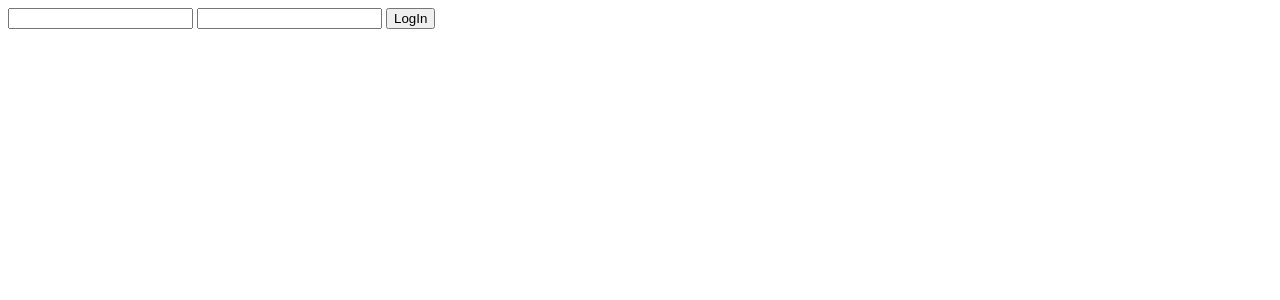
Repository: kanastasov/Java-Web-App
Page: http://localhost/3.2-MVCForm/login.jsp
These files come from the project's save history. The page is drawn as it stood at one moment and after the next save; the edit follows.
The browser window is 1280 px wide. The pictures show the whole page.
The page is served by Tomcat 9.

Above is the page before, as saved 2015-01-03 18:02:07.

After the next save:
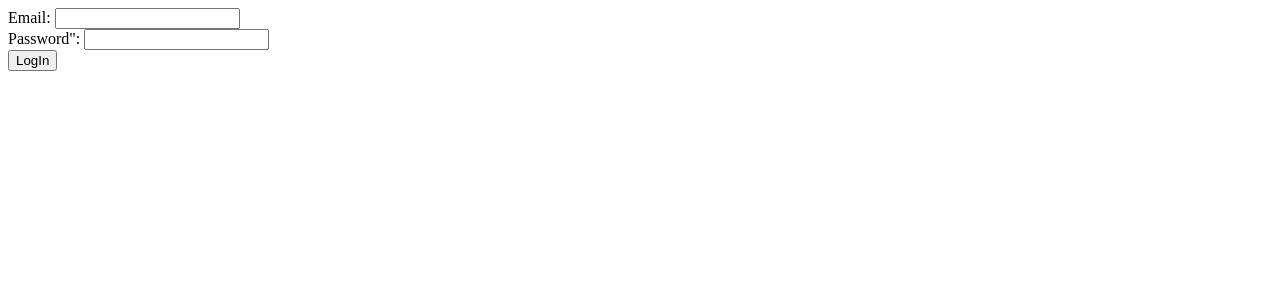
Saved 34 s later.
--- a/3.2-MVCForm/WebContent/login.jsp
+++ b/3.2-MVCForm/WebContent/login.jsp
@@ -11,8 +11,8 @@
 <form action = "" method = "post">
 
 <input type = "hidden" name = "action" value = "dologin"/>
-<input type = "text" name = "email" value = "" />
-<input type = "text" name = "password" value = "" />
+Email: <input type = "text" name = "email" value = "" /> <br/>
+Password": <input type = "text" name = "password" value = "" /> <br/>
 <input type = "submit" value = "LogIn" />
 
 
